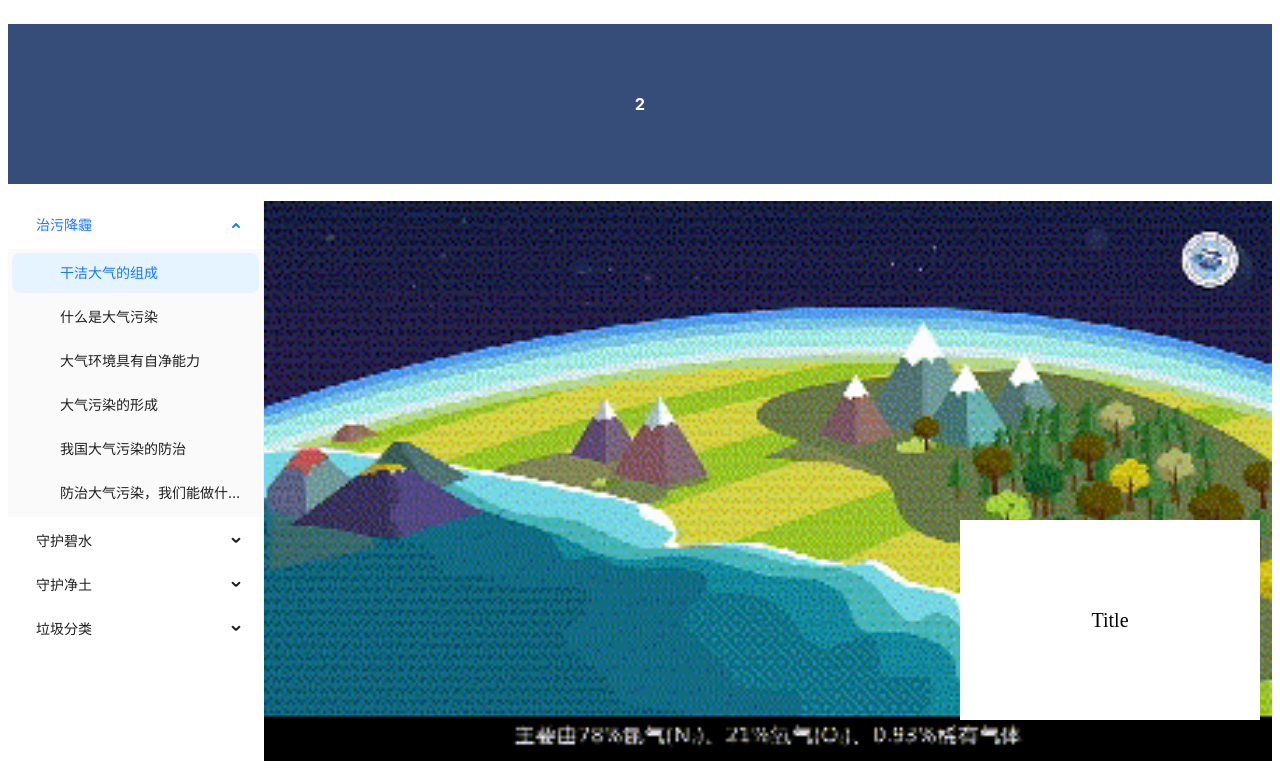
Repository: samllbin/summerWeb
Page: /
An editor plug-in stored every save of this project. The page is shown before and after the next save, followed by the edit.
The browser window is 1280 px wide. The pictures show the whole page.
The project was rebuilt for these pictures with package versions that can differ from the ones it lists, and the page was loaded fresh each time. Also part of the build but not shown: vite.config.js, components/menu/config.js, components/content/index.module.css, components/content/index.jsx.

Above is the page before, as saved 2024-07-22 15:38:08.

After the next save:
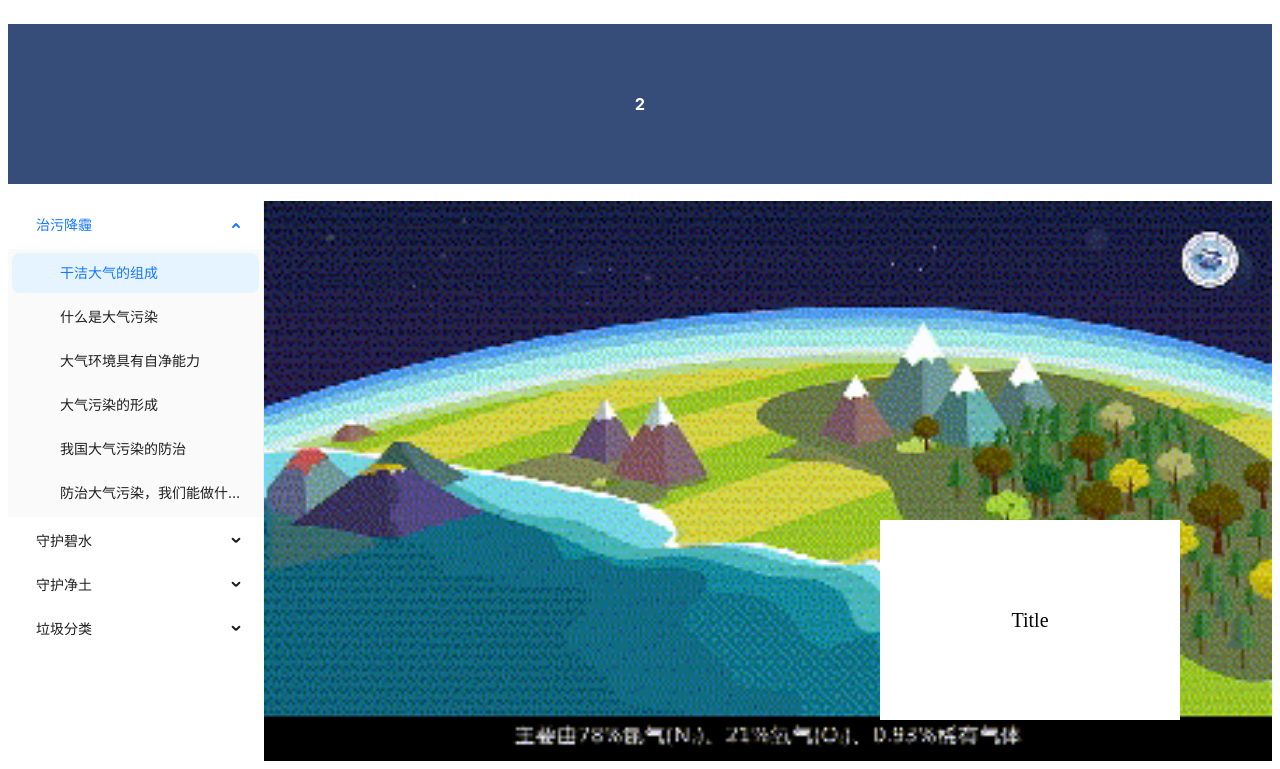
Saved 14 s later.
--- a/components/article/index.module.css
+++ b/components/article/index.module.css
@@ -15,7 +15,7 @@
   align-items: center;
   justify-content: center;
   position: absolute;
-  right: 20px;
+  right: 100px;
   bottom: 0;
   background-color: #fff;
   width: 300px;
